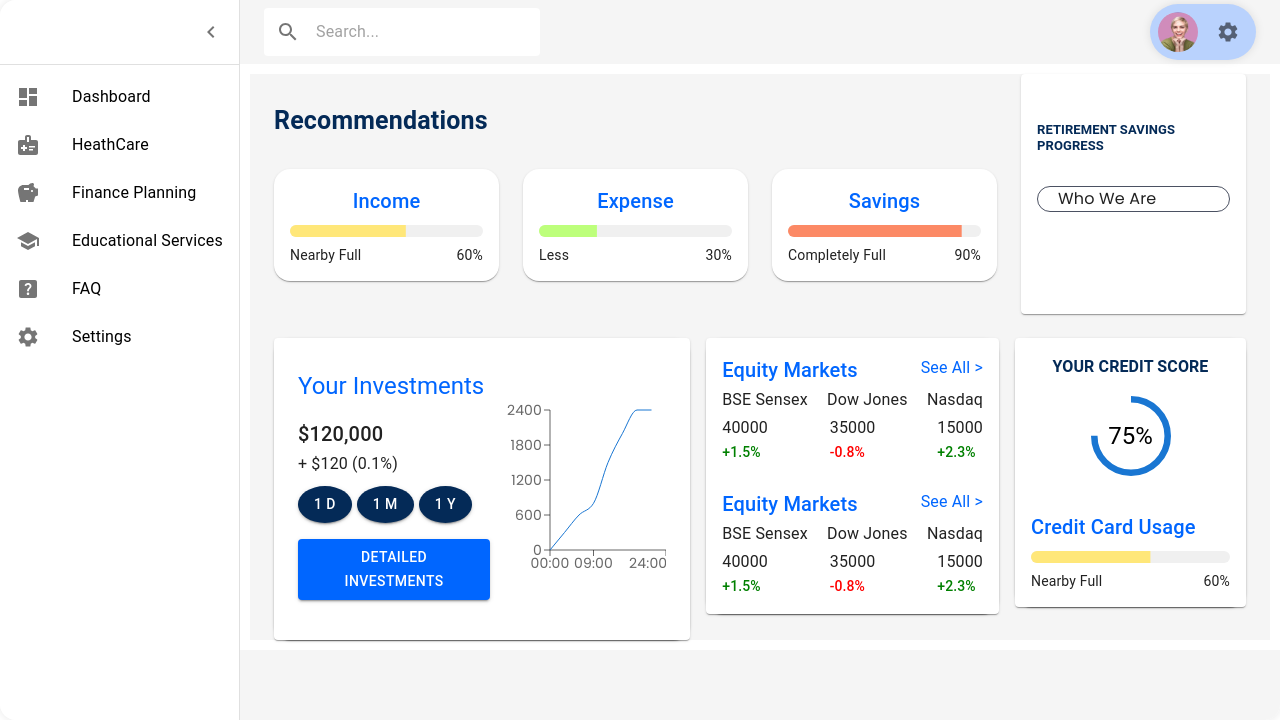
Repository: shubhampirate/TIAA_Retirement_hackathon
Page: /education
The author's editor kept a copy of each file at every save. The page is drawn from the files as they stood at one save, then again after the next save.
The browser window is 1280 px wide. The pictures show the whole page.
The project was rebuilt for these pictures with package versions that can differ from the ones it lists, and the page was loaded fresh each time. Also part of the build but not shown: src/Components/CustomButton.jsx, src/Components/Navbar.jsx, src/Components/Properties.jsx, src/Components/Footer.jsx, src/Components/Hero.jsx, src/pages/Sign_In.jsx, src/Components/GaugeChart.jsx, src/Components/Dashboard.jsx and 3 more.

Above is the page before, as saved 2023-11-18 18:52:15.

### src/index.css
@import url("https://fonts.googleapis.com/css2?family=Poppins:wght@400;500;700&display=swap");

* {
  margin: 0;
  padding: 0;
  box-sizing: border-box;
  font-family: "Poppins", sans-serif;
}

body {
  margin: 0;
  -webkit-font-smoothing: antialiased;
  -moz-osx-font-smoothing: grayscale;
}

code {
  font-family: source-code-pro, Menlo, Monaco, Consolas, "Courier New",
    monospace;
}

### src/App.jsx
import Hero from "./Components/Hero";
import SignIn from "./pages/Sign_In";
import Dashboard from "./Components/Dashboard";
import Education from "./Components/Education";
import Health from "./Components/Health";
import Settings from "./Components/Settings";
import Questions from "./Components/Questions";
import { Route, Routes } from "react-router-dom";
function App() {
  return (
    <>
      <Routes>
        <Route path="/SignIn" element={<><SignIn /></>} />
        <Route path="/dashboard" element={<><Dashboard /></>} />
        <Route path="/education" element={<><Education /></>} />
        <Route path="/health" element={<><Health /></>} />
        <Route path="/settings" element={<><Settings /></>} />
        <Route path="/questions" element={<><Questions /></>} />
        <Route path="/" element={<><Hero /></>} />
      </Routes>

    </>
  );
}

export default App;

### src/Components/Education.jsx
import * as React from 'react';
import { styled, createTheme, ThemeProvider } from '@mui/material/styles';
import CssBaseline from '@mui/material/CssBaseline';
import MuiDrawer from '@mui/material/Drawer';
import Box from '@mui/material/Box';
import MuiAppBar from '@mui/material/AppBar';
import Toolbar from '@mui/material/Toolbar';
import List from '@mui/material/List';
import Typography from '@mui/material/Typography';
import Divider from '@mui/material/Divider';
import IconButton from '@mui/material/IconButton';
// import Badge from '@mui/material/Badge';
import Container from '@mui/material/Container';
import Grid from '@mui/material/Grid';
import Paper from '@mui/material/Paper';
// import Link from '@mui/material/Link';
import MenuIcon from '@mui/icons-material/Menu';
import ChevronLeftIcon from '@mui/icons-material/ChevronLeft';
// import NotificationsIcon from '@mui/icons-material/Notifications';
import SettingsIcon from '@mui/icons-material/Settings';
import { mainListItems } from './listItems';
// import Chart from './Chart';
import Deposits from './Deposits';

import heroImg_4 from "../media/img_4.jpeg";
import Button from '@mui/material/Button';
import LinearProgress from '@mui/material/LinearProgress';
import YourComponent from './YourComponent';
import SearchIcon from '@mui/icons-material/Search';

import InputBase from '@mui/material/InputBase';



  const Title = styled(Typography)(({ theme }) => ({
    fontSize: "25px",
    color: "#042A57",
    fontWeight: "bold",
    textAlign: "left",
    margin: theme.spacing(4, 0, 4, 0),
    [theme.breakpoints.down("sm")]: {
      fontSize: "30px",
    },
  }));
const drawerWidth = 240;

const AppBar = styled(MuiAppBar, {
  shouldForwardProp: (prop) => prop !== 'open',
})(({ theme, open }) => ({
  zIndex: theme.zIndex.drawer + 1,
  transition: theme.transitions.create(['width', 'margin'], {
    easing: theme.transitions.easing.sharp,
    duration: theme.transitions.duration.leavingScreen,
  }),
  ...(open && {
    marginLeft: drawerWidth,
    width: `calc(100% - ${drawerWidth}px)`,
    transition: theme.transitions.create(['width', 'margin'], {
      easing: theme.transitions.easing.sharp,
      duration: theme.transitions.duration.enteringScreen,
    }),
  }),
}));


const ProgressBarBox = ({ title, value }) => {
    let indicatorText = '';
    let color = '';

    if (value <= 30) {
      indicatorText = 'Less';
      color = '#BDFF7B';
    } else if (value <= 70) {
      indicatorText = 'Nearby Full';
      color = '#FFE779';
    } else {
      indicatorText = 'Completely Full';
      color = '#FC8965';
    }

    return (
      <Grid item xs={12} sm={6} md={4}>
        <Paper
          sx={{
            p: 2,
            display: 'flex',
            flexDirection: 'column',
            alignItems: 'center',
            borderRadius: '16px',
          }}
        >
          <Typography variant="h6" sx={{ mb: 1, color: "#0066FF" }}>
            {title}
          </Typography>
          <LinearProgress
          variant="determinate"
          value={value}
          sx={{
            width: '100%',
            height: '12px',
            borderRadius: '8px',
            backgroundColor: '#f0f0f0',
            marginBottom: '8px',
            '& .MuiLinearProgress-bar': {
              backgroundColor: color,
            },
          }}
        />

          <Box
          sx={{
            display: 'flex',
            justifyContent: 'space-between',
            width: '100%',

          }}
        >
          <Typography variant="body2">{indicatorText}</Typography>
          <Typography variant="body2">{value}%</Typography>
        </Box>
        </Paper>
      </Grid>
    );
  };
const Drawer = styled(MuiDrawer, { shouldForwardProp: (prop) => prop !== 'open' })(
  ({ theme, open }) => ({
    '& .MuiDrawer-paper': {
      position: 'relative',
      whiteSpace: 'nowrap',
      width: drawerWidth,
      transition: theme.transitions.create('width', {
        easing: theme.transitions.easing.sharp,
        duration: theme.transitions.duration.enteringScreen,
      }),
      boxSizing: 'border-box',
      ...(!open && {
        overflowX: 'hidden',
        transition: theme.transitions.create('width', {
          easing: theme.transitions.easing.sharp,
          duration: theme.transitions.duration.leavingScreen,
        }),
        width: theme.spacing(7),
        [theme.breakpoints.up('sm')]: {
          width: theme.spacing(9),
        },
      }),
    },
  }),
);

// TODO remove, this demo shouldn't need to reset the theme.
const defaultTheme = createTheme();

export default function Education() {
  const [open, setOpen] = React.useState(true);
  const toggleDrawer = () => {
    setOpen(!open);
  };

  return (
    <ThemeProvider theme={defaultTheme}>
      <Box sx={{ display: 'flex', borderRadius: '16px', overflow: 'hidden', boxShadow: '0px 0px 10px rgba(0, 0, 0, 0.1)' }} >
        <CssBaseline />

<AppBar position="absolute" open={open} sx={{ backgroundColor: "whitesmoke", boxShadow: 'none' }}>
  <Toolbar
    sx={{
      pr: '24px', // keep right padding when drawer closed
      display: 'flex',
      alignItems: 'center',
      justifyContent: 'space-between',
    }}
  >
    <Box sx={{ display: 'flex', alignItems: 'center' }}>
      <IconButton
        edge="start"
        aria-label="open drawer"
        onClick={toggleDrawer}
        sx={{
          marginRight: '36px',
          ...(open && { display: 'none' }),
          backgroundColor: "#fff"
        }}
      >
        <MenuIcon  />
      </IconButton>

      {/* Search tab */}
      <Box sx={{ display: 'flex', alignItems: 'center', backgroundColor: 'white', borderRadius: '4px', padding: '4px' }}>
        <IconButton>
          <SearchIcon />
        </IconButton>
        <InputBase
          placeholder="Search..."
          sx={{ ml: 1 }}
        />
      </Box>

    </Box>

    <Box sx={{ display: 'flex', alignItems: 'center', backgroundColor: '#B9D2FD', boxShadow: '0px 0px 10px rgba(0, 0, 0, 0.1)', borderRadius: '40px', padding: '8px' }}>
      {/* User profile image */}
      <img
        src={heroImg_4}
        alt="User Profile"
        style={{ borderRadius: '50%', width: '40px', height: '40px', marginRight: '10px' }}
      />

      {/* Settings button */}
      <IconButton>
        <SettingsIcon />
      </IconButton>
    </Box>
  </Toolbar>
</AppBar>

        <Drawer variant="permanent" open={open}>
          <Toolbar
            sx={{
              display: 'flex',
              alignItems: 'center',
              justifyContent: 'flex-end',
              px: [1],
            }}
          >
            <IconButton onClick={toggleDrawer}>
              <ChevronLeftIcon />
            </IconButton>
          </Toolbar>
          <Divider />
          <List component="nav">
            {mainListItems}
            {/* <Divider sx={{ my: 1 }} /> */}
            {/* {secondaryListItems} */}
          </List>
        </Drawer>
        <Box
          component="main"
          sx={{
            backgroundColor: (theme) =>
              theme.palette.mode === 'light'
                ? theme.palette.grey[100]
                : theme.palette.grey[900],
            flexGrow: 1,
            height: '100vh',
            overflow: 'auto',

          }}
        >
          <Toolbar />
          <Container maxWidth="lg" sx={{ mt: 2 , mb: 4 }} sx={{border: '10px solid #fff'}}>
            <Grid container spacing={3}>

            <Grid item xs={12} md={8} lg={9}>

  <Title variant="h4" sx={{color: "#042A57"}}>
             Recommendations
            </Title>
            <Grid container spacing={3}>
      <ProgressBarBox title="Income" value={60} />
      <ProgressBarBox title="Expense" value={30} />
      <ProgressBarBox title="Savings" value={90} />
    </Grid>
</Grid>


               {/* Recent Deposits */}
              <Grid item xs={12} md={4} lg={3}>
                <Paper
                  sx={{
                    p: 2,
                    display: 'flex',
                    flexDirection: 'column',
                    height: 240,
                  }}
                >
                  <Deposits />
                </Paper>
              </Grid>
              {/* Recent Orders */}
              <Grid item xs={12}>
                {/* <Paper sx={{ p: 2, display: 'flex', flexDirection: 'column' }}> */}
                  <YourComponent />
                {/* </Paper> */}
              </Grid>
            </Grid>

          </Container>
        </Box>
      </Box>
    </ThemeProvider>
  );
}

### src/Components/listItems.jsx
import * as React from 'react';
import ListItemButton from '@mui/material/ListItemButton';
import ListItemIcon from '@mui/material/ListItemIcon';
import ListItemText from '@mui/material/ListItemText';
import DashboardIcon from '@mui/icons-material/Dashboard';
import MedicalInformationIcon from '@mui/icons-material/MedicalInformation';
import SavingsIcon from '@mui/icons-material/Savings';
import SchoolIcon from '@mui/icons-material/School';
import HelpCenterIcon from '@mui/icons-material/HelpCenter';
import SettingsIcon from '@mui/icons-material/Settings';
import { Link } from 'react-router-dom';


export const mainListItems = (
  <React.Fragment>
    <Link to="/dashboard" style={{ textDecoration: "none", color: "black" }}>
      <ListItemButton>
        <ListItemIcon>
          <DashboardIcon />
        </ListItemIcon>
        <ListItemText primary="Dashboard" />
      </ListItemButton>
    </Link>
    <Link to="/health" style={{ textDecoration: "none", color: "black" }}>
      <ListItemButton>
        <ListItemIcon>
          <MedicalInformationIcon />
        </ListItemIcon>
        <ListItemText primary="HeathCare" />
      </ListItemButton>
    </Link>
    <Link to="/dashboard" style={{ textDecoration: "none", color: "black" }}>
      <ListItemButton>
        <ListItemIcon>
          <SavingsIcon />
        </ListItemIcon>
        <ListItemText primary="Finance Planning" />
      </ListItemButton>
    </Link>
    <Link to="/education" style={{ textDecoration: "none", color: "black" }}>
      <ListItemButton>
        <ListItemIcon>
          <SchoolIcon />
        </ListItemIcon>
        <ListItemText primary="Educational Services" />
      </ListItemButton>
    </Link>
    <Link to="/questions" style={{ textDecoration: "none", color: "black" }}>
      <ListItemButton>
        <ListItemIcon>
          <HelpCenterIcon />
        </ListItemIcon>
        <ListItemText primary="FAQ" />
      </ListItemButton>
    </Link>
    <Link to="/settings" style={{ textDecoration: "none", color: "black" }}>
      <ListItemButton>
        <ListItemIcon>
          <SettingsIcon />
        </ListItemIcon>
        <ListItemText primary="Settings" />
      </ListItemButton>
    </Link>
  </React.Fragment >
);

// export const secondaryListItems = (
//   <React.Fragment>
//     <ListSubheader component="div" inset>
//       Saved reports
//     </ListSubheader>
//     <ListItemButton>
//       <ListItemIcon>
//         <AssignmentIcon />
//       </ListItemIcon>
//       <ListItemText primary="Current month" />
//     </ListItemButton>
//     <ListItemButton>
//       <ListItemIcon>
//         <AssignmentIcon />
//       </ListItemIcon>
//       <ListItemText primary="Last quarter" />
//     </ListItemButton>
//     <ListItemButton>
//       <ListItemIcon>
//         <AssignmentIcon />
//       </ListItemIcon>
//       <ListItemText primary="Year-end sale" />
//     </ListItemButton>
//   </React.Fragment>
// );

### src/Components/Deposits.jsx
import * as React from 'react';
import Link from '@mui/material/Link';
import Typography from '@mui/material/Typography';
// import Title from './Title';
import { styled, createTheme, ThemeProvider } from '@mui/material/styles';
import GaugeChart from './GaugeChart';


function preventDefault(event) {
  event.preventDefault();
}
const Title = styled(Typography)(({ theme }) => ({
  fontSize: "13px",
  color: "#042A57",
  fontWeight: "bold",
  textAlign: "left",
  margin: theme.spacing(4, 0, 4, 0),
  [theme.breakpoints.down("sm")]: {
    fontSize: "20px",
  },
}))
export default function Deposits() {
  return (
    <React.Fragment>
<Title variant="h4" sx={{color: "#042A57"}}>
RETIREMENT SAVINGS PROGRESS
            </Title>

            <div style={{
           display: 'inline-flex',
           alignItems: 'center', // Align items vertically in the center
           border: '0.5px solid #4B5162',
           paddingRight: '20px',
           paddingLeft: '20px',
           borderRadius: '30px'
    }}>


       <p >Who We Are</p>
        {/* <GaugeChart/> */}
    </div>

      <div>
        <Link color="primary" href="#" onClick={preventDefault}>
        </Link>
      </div>
    </React.Fragment>
  );
}

### src/Components/Chart.jsx
import * as React from 'react';
import { useTheme } from '@mui/material/styles';
import { LineChart, Line, XAxis, YAxis, Label, ResponsiveContainer } from 'recharts';
// import Title from './Title';

// Generate Sales Data
function createData(time, amount) {
  return { time, amount };
}

const data = [
  createData('00:00', 0),
  createData('03:00', 300),
  createData('06:00', 600),
  createData('09:00', 800),
  createData('12:00', 1500),
  createData('15:00', 2000),
  createData('18:00', 2400),
  createData('21:00', 2400),
  createData('24:00', undefined),
];

export default function Chart() {
  const theme = useTheme();

  return (
    <React.Fragment>
      {/* <Title>Today</Title> */}
      <ResponsiveContainer>
        <LineChart
          data={data}
          margin={{
            top: 40,
            right: 0,
            bottom: 0,
            left: 0,
          }}
          backgroundColor="white"

        >
          <XAxis
            dataKey="time"
            stroke={theme.palette.text.secondary}
            style={theme.typography.body2}
          />
          <YAxis
            stroke={theme.palette.text.secondary}
            style={theme.typography.body2}
          >
            {/* <Label
              angle={270}
              position="left"
              style={{
                textAnchor: 'middle',
                fill: theme.palette.text.primary,
                ...theme.typography.body1,
              }}
            >
              Sales ($)
            </Label> */}
          </YAxis>
          <Line
            isAnimationActive={false}
            type="monotone"
            dataKey="amount"
            stroke={theme.palette.primary.main}
            dot={false}
          />
        </LineChart>
      </ResponsiveContainer>
    </React.Fragment>
  );
}

Loaded but not shown: public/index.html (common file); src/index.js (common file); src/Components/YourComponent.jsx (236 lines, source omitted)

After the next save:
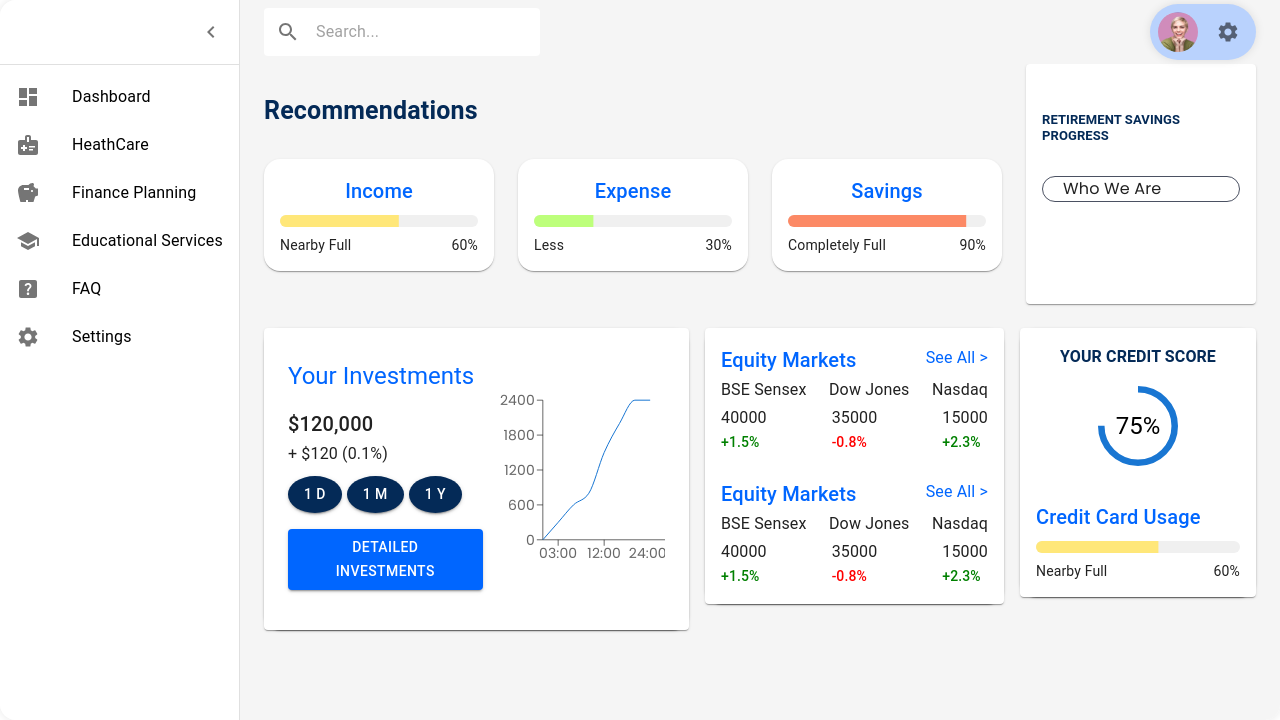
Saved 18 s later.
--- a/src/Components/Education.jsx
+++ b/src/Components/Education.jsx
@@ -248,7 +248,7 @@
           }}
         >
           <Toolbar />
-          <Container maxWidth="lg" sx={{ mt: 2 , mb: 4 }} sx={{border: '10px solid #fff'}}>
+          <Container maxWidth="lg" sx={{ mt: 2 , mb: 4 }} sx={{borderWidth: '10px solid #fff'}}>
             <Grid container spacing={3}>
 
             <Grid item xs={12} md={8} lg={9}>

After the save that followed:
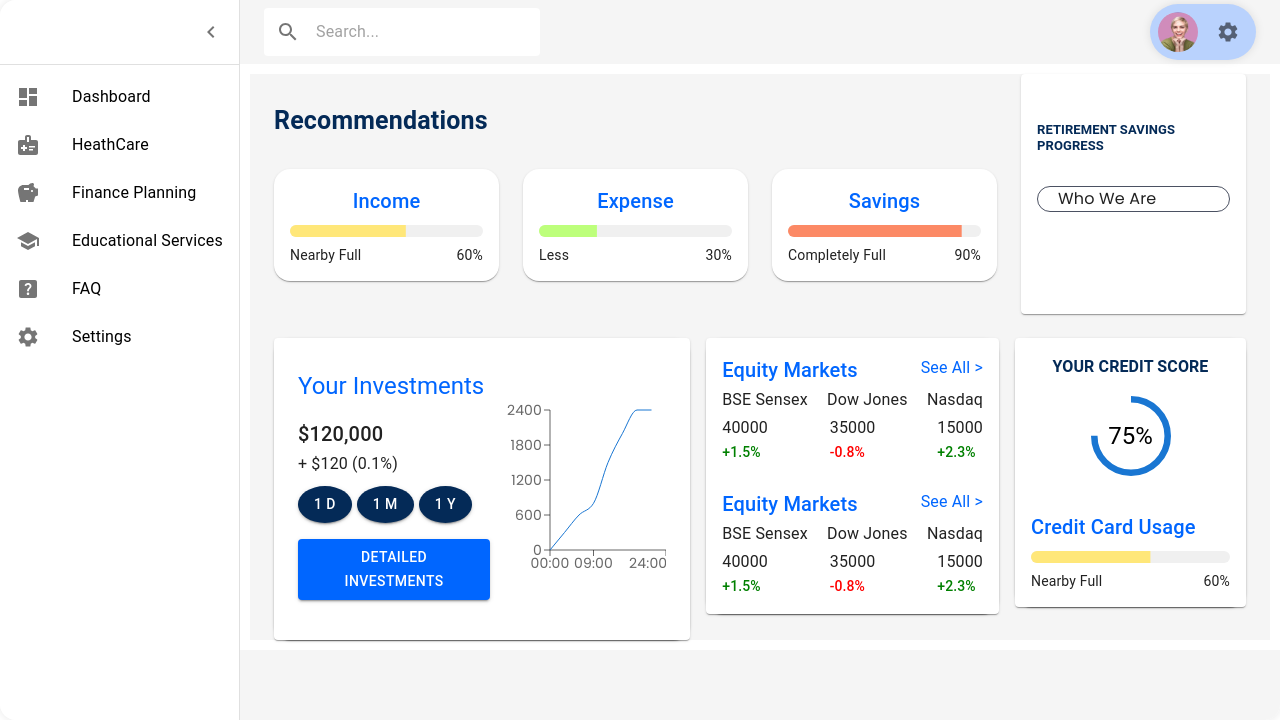
Saved 17 s later.
--- a/src/Components/Education.jsx
+++ b/src/Components/Education.jsx
@@ -248,7 +248,7 @@
           }}
         >
           <Toolbar />
-          <Container maxWidth="lg" sx={{ mt: 2 , mb: 4 }} sx={{borderWidth: '10px solid #fff'}}>
+          <Container maxWidth="lg" sx={{ mt: 2 , mb: 4 }} sx={{border: '10px solid #fff'}}>
             <Grid container spacing={3}>
 
             <Grid item xs={12} md={8} lg={9}>
